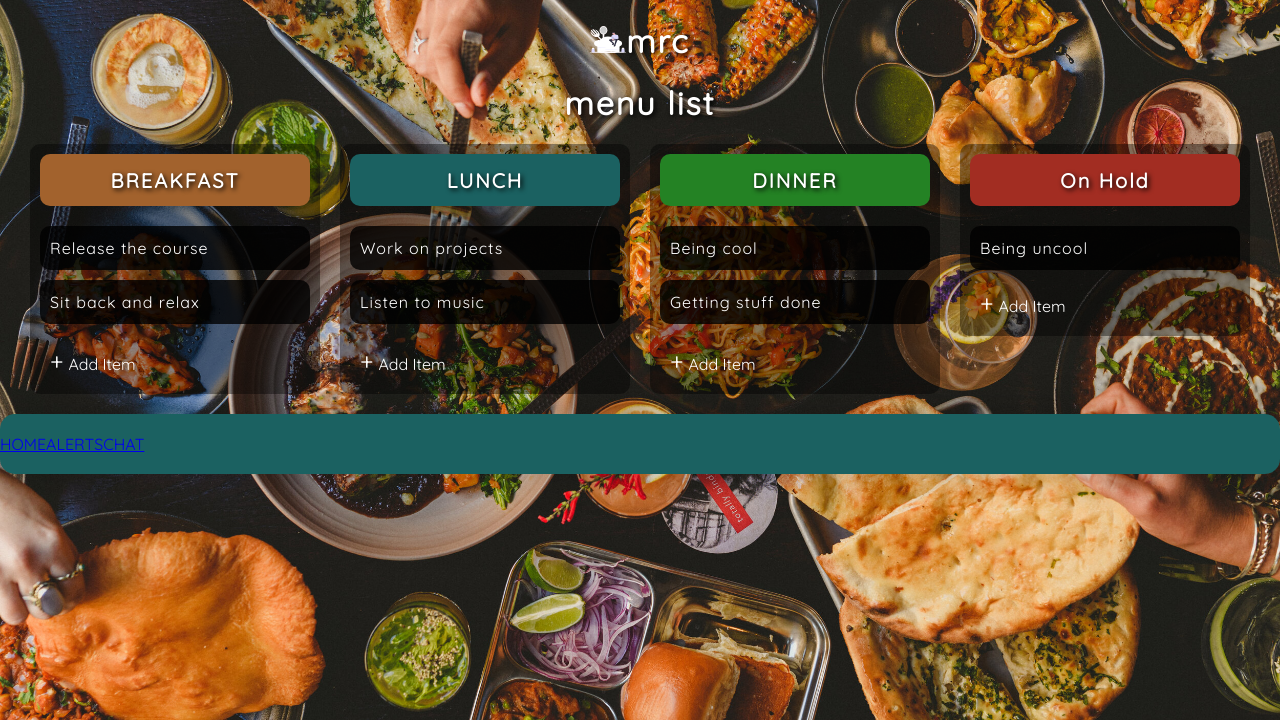
Repository: Anasooya2601/drag-and-drop
Page: index.html
These files come from the project's save history. The page is drawn as it stood at one moment and after the next save; the edit follows.
The browser window is 1280 px wide. The pictures show the whole page.

Above is the page before, as saved 2021-02-15 20:01:11.

### index.html
<!DOCTYPE html>
<html lang="en">
<head>
    <meta charset="UTF-8">
    <meta name="viewport" content="width=device-width, initial-scale=1.0">
    <title>mrc</title>
    <link rel="icon" type="image/png" href="favicon.png">
    <link rel="stylesheet" href="style.css">
</head>
<body>

   <h1 class="main-title"> <img src="mrc.svg" width="36px" alt="" srcset="">mrc</h1>

    <h1 class="main-title">menu list</h1>

    <div class="drag-container">
        <ul class="drag-list">
            <!-- Backlog Column -->
            <li class="drag-column backlog-column">
                <span class="header">
                    <h1>BREAKFAST</h1>
                </span>
                <!-- Backlog Content -->
                <div id="backlog-content" class="custom-scroll">
                    <ul class="drag-item-list" id="backlog-list" ondrop="drop(event)" ondragover="allowDrop(event)" ondragenter="dragEnter(0)"></ul>
                </div>
                <!-- Add Button Group -->
                <div class="add-btn-group">
                    <div class="add-btn" onclick="showInputBox(0)">
                        <span class="plus-sign">+</span>
                        <span>Add Item</span>
                    </div>
                    <div class="add-btn solid" onclick="hideInputBox(0)">
                        <span>Save Item</span>
                    </div>
                </div>
                <div class="add-container">
                    <div class="add-item" contenteditable="true"></div>
                </div>
            </li>
            <!-- Progress Column -->
            <li class="drag-column progress-column">
                <span class="header">
                    <h1>LUNCH</h1>
                </span>
                <!-- Progress Content -->
                <div id="progress-content" class="custom-scroll">
                    <ul class="drag-item-list" id="progress-list" ondrop="drop(event)" ondragover="allowDrop(event)" ondragenter="dragEnter(1)"></ul>
                </div>
                <!-- Add Button Group -->
                <div class="add-btn-group">
                    <div class="add-btn" onclick="showInputBox(1)">
                        <span class="plus-sign">+</span>
                        <span>Add Item</span>
                    </div>
                    <div class="add-btn solid" onclick="hideInputBox(1)">
                        <span>Save Item</span>
                    </div>
                </div>
                <div class="add-container">
                    <div class="add-item" contenteditable="true"></div>
                </div>
            </li>
            <!-- Complete Column -->
            <li class="drag-column complete-column">
                <span class="header">
                    <h1>DINNER</h1>
                </span>
                <!-- Complete Content -->
                <div id="complete-content" class="custom-scroll">
                    <ul class="drag-item-list" id="complete-list" ondrop="drop(event)" ondragover="allowDrop(event)" ondragenter="dragEnter(2)"></ul>
                </div>
                <!-- Add Button Group -->
                <div class="add-btn-group">
                    <div class="add-btn" onclick="showInputBox(2)">
                        <span class="plus-sign">+</span>
                        <span>Add Item</span>
                    </div>
                    <div class="add-btn solid" onclick="hideInputBox(2)">
                        <span>Save Item</span>
                    </div>
                </div>
                <div class="add-container">
                    <div class="add-item" contenteditable="true"></div>
                </div>
            </li>
            <!-- On Hold Column -->
            <li class="drag-column on-hold-column">
                <span class="header">
                    <h1>On Hold</h1>
                </span>
                <!-- On Hold Content -->
                <div id="on-hold-content" class="custom-scroll">
                    <ul class="drag-item-list" id="on-hold-list" ondrop="drop(event)" ondragover="allowDrop(event)" ondragenter="dragEnter(3)"></ul>
                </div>
                <!-- Add Button Group -->
                <div class="add-btn-group">
                    <div class="add-btn" onclick="showInputBox(3)">
                        <span class="plus-sign">+</span>
                        <span>Add Item</span>
                    </div>
                    <div class="add-btn solid" onclick="hideInputBox(3)">
                        <span>Save Item</span>
                    </div>
                </div>
                <div class="add-container">
                    <div class="add-item" contenteditable="true"></div>
                </div>
            </li>
        </ul>
</div>
<nav>
    <ul>
        <li>
            <a href="#">
                <i class="fas fa-home"></i>
                <span>HOME</span>
            </a>
        </li>
        <li>
            <a href="#">
                <i class="fas fa-bell"></i>
                <span>ALERTS</span>
            </a>
        </li>
        <li>
            <a href="#">
                <i class="fas fa-paper-plane"></i>
                <span>CHAT</span>
            </a>
        </li>
    </ul>
</nav>

    <!-- Script -->
    <script src="script.js"></script>
</body>
</html>

### style.css
/* Trees Image - Pexels: https://www.pexels.com/photo/photo-of-trees-in-forest-3801030/ */
@import url("https://fonts.googleapis.com/css?family=Quicksand&display=swap");

html {
  box-sizing: border-box;
}

:root {
  --column-1: #a2622d;
  --column-2: #1b6161;
  --column-3: #248224;
  --column-4: #a22d22;
}

body {
  margin: 0;
  background: url("./mrc.jpg");
  background-size: cover;
  background-position: 50% 60%;
  background-attachment: fixed;
  color: white;
  font-family: Quicksand, sans-serif;
  overflow-y: hidden;
}
nav{
  height: 100%;
  display:flex;
  background:#1b6161;
  height:60px;
  line-height:60px;
  border-radius: 15px;
  overflow: hidden;
  box-shadow:0 0 40px rgba(0, 0, 0, 0.2);
}
nav ul{
  display: flex;
  text-align: center;
}
nav ul li{
  cursor: pointer;
}

h1 {
  letter-spacing: 2px;
  text-shadow: 2px 2px 5px black;
}

.main-title {
  text-align: center;
  font-size: 3rem;
}

ul {
  list-style-type: none;
  margin: 0;
  padding: 0;
}

.drag-container {
  margin: 20px;
}

.drag-list {
  display: flex;
  align-items: flex-start;
}

/* Columns */
.drag-column {
flex: 1;
  margin: 0 10px;
  position: relative;
  background-color: rgba(0, 0, 0, 0.4);
  border-radius: 10px;
  overflow-x: hidden;
}

.backlog-column .header,
.backlog-column .solid,
.backlog-column .solid:hover,
.backlog-column .over {
  background-color: var(--column-1);
}

.progress-column .header,
.progress-column .solid,
.progress-column .solid:hover,
.progress-column .over {
  background-color: var(--column-2);
}

.complete-column .header,
.complete-column .solid,
.complete-column .solid:hover,
.complete-column .over {
  background-color: var(--column-3);
}

.on-hold-column .header,
.on-hold-column .solid,
.on-hold-column .solid:hover,
.on-hold-column .over {
  background-color: var(--column-4);
}

/* Custom Scrollbar */
.custom-scroll {
  overflow-y: auto;
  max-height: 75vh;
}

.custom-scroll::-webkit-scrollbar-track {
  box-shadow: inset 0 0 6px rgba(0, 0, 0, 0.4);
  border-radius: 10px;
  background-color: rgba(255, 255, 255, 0.3);
  margin-right: 5px;
}

.custom-scroll::-webkit-scrollbar {
  width: 10px;
}

.custom-scroll::-webkit-scrollbar-thumb {
  border-radius: 10px;
  box-shadow: inset 0 0 6px rgba(0, 0, 0, 0.3);
  background-color: rgba(0, 0, 0, 0.8);
}

.header {
  display: flex;
  justify-content: center;
  border-radius: 10px;
  margin: 10px;
}

.header h1 {
  font-size: 1.25rem;
}

/* Drag and Drop */
.over {
  padding: 50px 10px;
}

.drag-item-list {
  min-height: 50px;
}

.drag-item {
  margin: 10px;
  padding: 10px;
  height: fit-content;
  background-color: rgba(0, 0, 0, 0.8);
  border-radius: 10px;
  line-height: 1.5rem;
  letter-spacing: 1px;
  cursor: pointer;
}

.drag-item:focus {
  outline: none;
  background-color: white;
  color: black;
}

/* Add Button Group */
.add-btn-group {
  display: flex;
  justify-content: space-between;
}

.add-btn {
  margin: 10px;
  padding: 5px 10px;
  display: flex;
  align-items: center;
  cursor: pointer;
  width: fit-content;
  border-radius: 5px;
  transition: all 0.3s ease-in;
  user-select: none;
}

.add-btn:hover {
  background-color: rgba(255, 255, 255, 0.9);
  color: black;
}

.add-btn:active {
  transform: scale(0.97);
}

.solid {
  display: none;
}

.solid:hover {
  transition: unset;
  filter: brightness(95%);
  color: white;
}

.plus-sign {
  font-size: 1.5rem;
  margin-right: 5px;
  position: relative;
  top: -3px;
}

.add-container {
  margin: 10px;
  padding: 5px 10px;
  border-radius: 10px;
  background-color: rgba(255, 255, 255, 0.9);
  min-height: 100px;
  display: none;
}

.add-item {
  width: 100%;
  min-height: 100px;
  height: auto;
  background-color: white;
  border-radius: 10px;
  margin: 5px auto;
  resize: none;
  color: black;
  padding: 10px;
}

.add-item:focus {
  outline: none;
}

/* Media Query: Laptop */
@media screen and (max-width: 1800px) {
  .main-title {
    font-size: 2rem;
  }
}

/* Media Query: Large Smartphone (Vertical) */
@media screen and (max-width: 600px) {
  body {
    overflow-y: auto;
  }

  .drag-container {
    margin: 0;
  }

  .drag-list {
    display: block;
  }

  .drag-column {
    margin: 10px;
  }
}

.footer {
  position: fixed;
  left: 0;
  bottom: 0;
  width: 100%;
  height: 10%;
  background-color: black;
  color: white;
  position: flex;
  text-align: center;
}

### script.js
const addBtns = document.querySelectorAll('.add-btn:not(.solid)');
const saveItemBtns = document.querySelectorAll('.solid');
const addItemContainers = document.querySelectorAll('.add-container');
const addItems = document.querySelectorAll('.add-item');
// Item Lists
const listColumns = document.querySelectorAll('.drag-item-list');
const backlogListEl = document.getElementById('backlog-list');
const progressListEl = document.getElementById('progress-list');
const completeListEl = document.getElementById('complete-list');
const onHoldListEl = document.getElementById('on-hold-list');

// Items
let updatedOnLoad = false;

// Initialize Arrays
let backlogListArray = [];
let progressListArray = [];
let completeListArray = [];
let onHoldListArray = [];
let listArrays = [];

// Drag Functionality
let draggedItem;
let dragging = false;
let currentColumn;

// Get Arrays from localStorage if available, set default values if not
function getSavedColumns() {
  if (localStorage.getItem('backlogItems')) {
    backlogListArray = JSON.parse(localStorage.backlogItems);
    progressListArray = JSON.parse(localStorage.progressItems);
    completeListArray = JSON.parse(localStorage.completeItems);
    onHoldListArray = JSON.parse(localStorage.onHoldItems);
  } else {
    backlogListArray = ['Release the course', 'Sit back and relax'];
    progressListArray = ['Work on projects', 'Listen to music'];
    completeListArray = ['Being cool', 'Getting stuff done'];
    onHoldListArray = ['Being uncool'];
  }
}

// Set localStorage Arrays
function updateSavedColumns() {
  listArrays = [backlogListArray, progressListArray, completeListArray, onHoldListArray];
  const arrayNames = ['backlog', 'progress', 'complete', 'onHold'];
  arrayNames.forEach((arrayName, index) => {
    localStorage.setItem(`${arrayName}Items`, JSON.stringify(listArrays[index]));
  });
}

// Filter Array to remove empty values
function filterArray(array) {
  const filteredArray = array.filter(item => item !== null);
  return filteredArray;
}

// Create DOM Elements for each list item
function createItemEl(columnEl, column, item, index) {
  // List Item
  const listEl = document.createElement('li');
  listEl.textContent = item;
  listEl.id = index;
  listEl.classList.add('drag-item');
  listEl.draggable = true;
  listEl.setAttribute('onfocusout', `updateItem(${index}, ${column})`);
  listEl.setAttribute('ondragstart', 'drag(event)');
  listEl.contentEditable = true;
  // Append
  columnEl.appendChild(listEl);
}

// Update Columns in DOM - Reset HTML, Filter Array, Update localStorage
function updateDOM() {
  // Check localStorage once
  if (!updatedOnLoad) {
    getSavedColumns();
  }
  // Backlog Column
  backlogListEl.textContent = '';
  backlogListArray.forEach((backlogItem, index) => {
    createItemEl(backlogListEl, 0, backlogItem, index);
  });
  backlogListArray = filterArray(backlogListArray);
  // Progress Column
  progressListEl.textContent = '';
  progressListArray.forEach((progressItem, index) => {
    createItemEl(progressListEl, 1, progressItem, index);
  });
  progressListArray = filterArray(progressListArray);
  // Complete Column
  completeListEl.textContent = '';
  completeListArray.forEach((completeItem, index) => {
    createItemEl(completeListEl, 2, completeItem, index);
  });
  completeListArray = filterArray(completeListArray);
  // On Hold Column
  onHoldListEl.textContent = '';
  onHoldListArray.forEach((onHoldItem, index) => {
    createItemEl(onHoldListEl, 3, onHoldItem, index);
  });
  onHoldListArray = filterArray(onHoldListArray);
  // Don't run more than once, Update Local Storage
  updatedOnLoad = true;
  updateSavedColumns();
}

// Update Item - Delete if necessary, or update Array value
function updateItem(id, column) {
  const selectedArray = listArrays[column];
  const selectedColumn = listColumns[column].children;
  if (!dragging) {
    if (!selectedColumn[id].textContent) {
      delete selectedArray[id];
    } else {
      selectedArray[id] = selectedColumn[id].textContent;
    }
    updateDOM();
  }
}

// Add to Column List, Reset Textbox
function addToColumn(column) {
  const itemText = addItems[column].textContent;
  const selectedArray = listArrays[column];
  selectedArray.push(itemText);
  addItems[column].textContent = '';
  updateDOM(column);
}

// Show Add Item Input Box
function showInputBox(column) {
  addBtns[column].style.visibility = 'hidden';
  saveItemBtns[column].style.display = 'flex';
  addItemContainers[column].style.display = 'flex';
}

// Hide Item Input Box
function hideInputBox(column) {
  addBtns[column].style.visibility = 'visible';
  saveItemBtns[column].style.display = 'none';
  addItemContainers[column].style.display = 'none';
  addToColumn(column);
}

// Allows arrays to reflect Drag and Drop items
function rebuildArrays() {
  backlogListArray = [];
  for (let i = 0; i < backlogListEl.children.length; i++) {
    backlogListArray.push(backlogListEl.children[i].textContent);
  }
  progressListArray = [];
  for (let i = 0; i < progressListEl.children.length; i++) {
    progressListArray.push(progressListEl.children[i].textContent);
  }
  completeListArray = [];
  for (let i = 0; i < completeListEl.children.length; i++) {
    completeListArray.push(completeListEl.children[i].textContent);
  }
  onHoldListArray = [];
  for (let i = 0; i < onHoldListEl.children.length; i++) {
    onHoldListArray.push(onHoldListEl.children[i].textContent);
  }
  updateDOM();
}

// When Item Enters Column Area
function dragEnter(column) {
  listColumns[column].classList.add('over');
  currentColumn = column;
}

// When Item Starts Dragging
function drag(e) {
  draggedItem = e.target;
  dragging = true;
}

// Column Allows for Item to Drop
function allowDrop(e) {
  e.preventDefault();
}

// Dropping Item in Column
function drop(e) {
  e.preventDefault();
  const parent = listColumns[currentColumn];
  // Remove Background Color/Padding
  listColumns.forEach((column) => {
    column.classList.remove('over');
  });
  // Add item to Column
  parent.appendChild(draggedItem);
  // Dragging complete
  dragging = false;
  rebuildArrays();
}

// On Load
updateDOM();

After the next save:
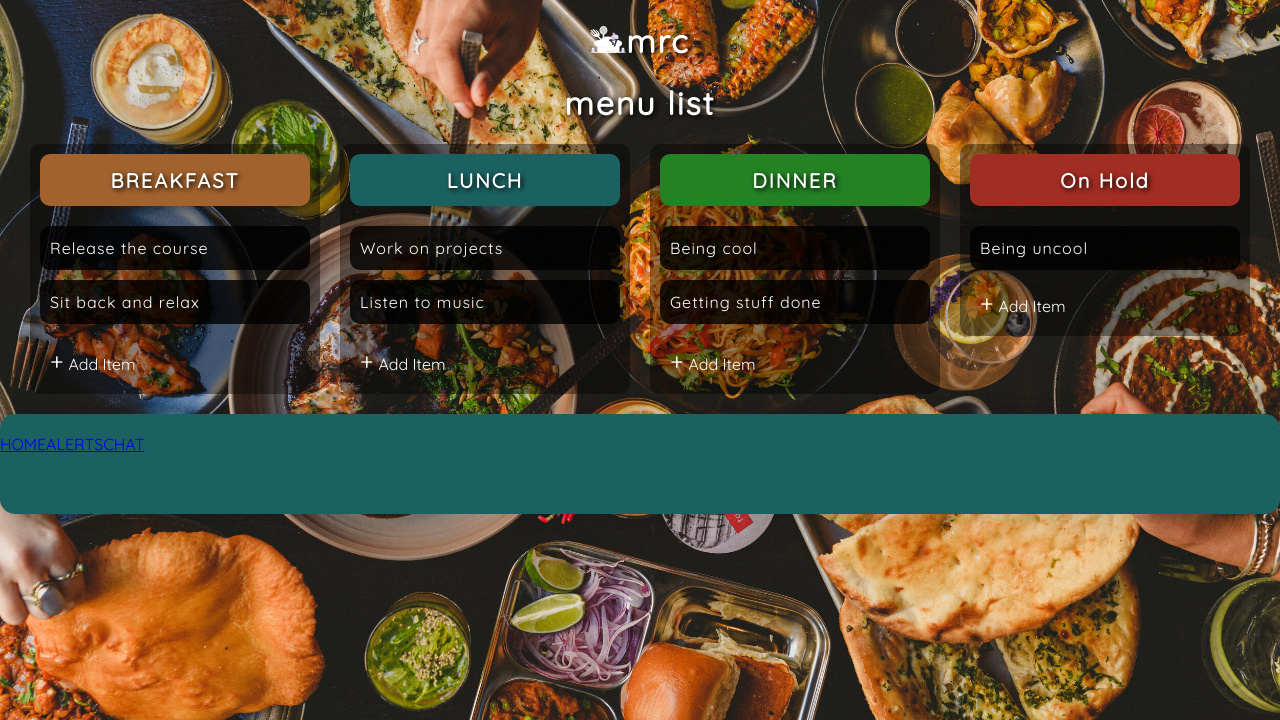
Saved 10 s later.
--- a/style.css
+++ b/style.css
@@ -23,10 +23,10 @@
   overflow-y: hidden;
 }
 nav{
-  height: 100%;
+
   display:flex;
   background:#1b6161;
-  height:60px;
+  height:100px;
   line-height:60px;
   border-radius: 15px;
   overflow: hidden;

After the save that followed:
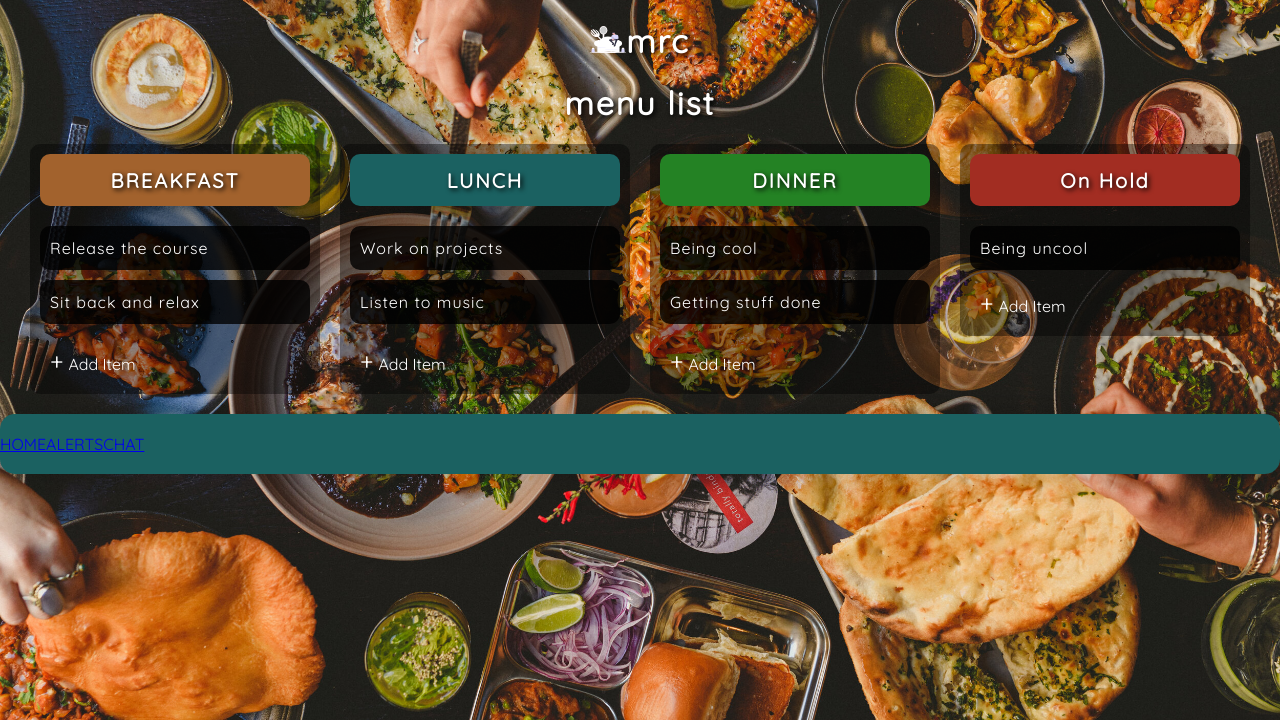
Saved 10 s later.
--- a/style.css
+++ b/style.css
@@ -26,7 +26,7 @@
 
   display:flex;
   background:#1b6161;
-  height:100px;
+  height:65%;
   line-height:60px;
   border-radius: 15px;
   overflow: hidden;
